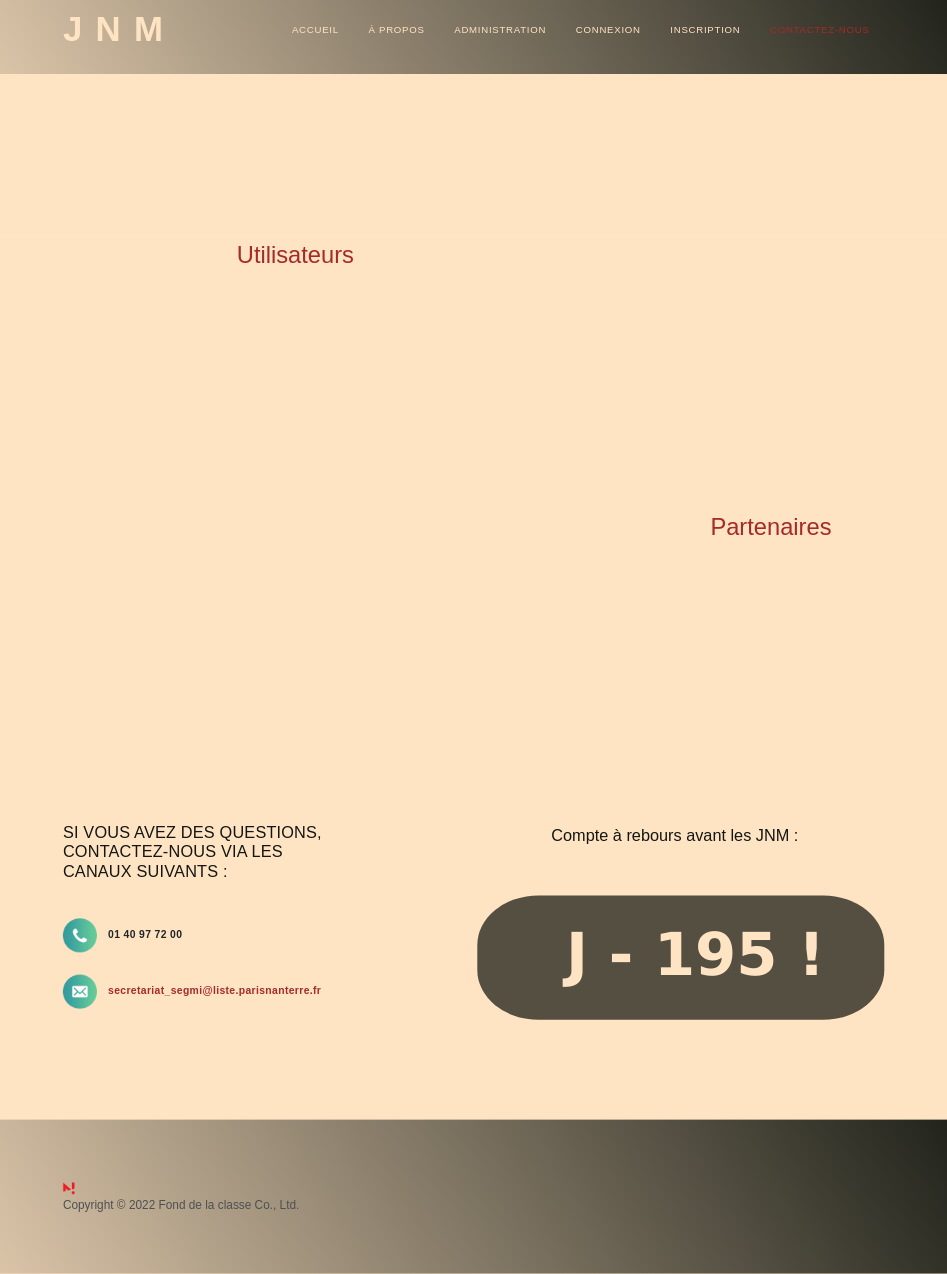
Repository: RiadNadri/ProjetWeb2022
Page: templates/Admin/admin.html.twig
These files come from the project's save history. The page is drawn as it stood at one moment and after the next save; the edit follows.
The browser window is 1280 px wide. The pictures show the whole page, at 74% of full size.
Some web fonts or font styles are not loaded; a fallback is used. The page is a Twig template of a Symfony application; nobody is signed in and links lead nowhere. The template is opened directly, without the code that normally fills it, so the values that code supplies are empty.

Above is the page before, as saved 2022-12-24 16:49:09.

After the next save:
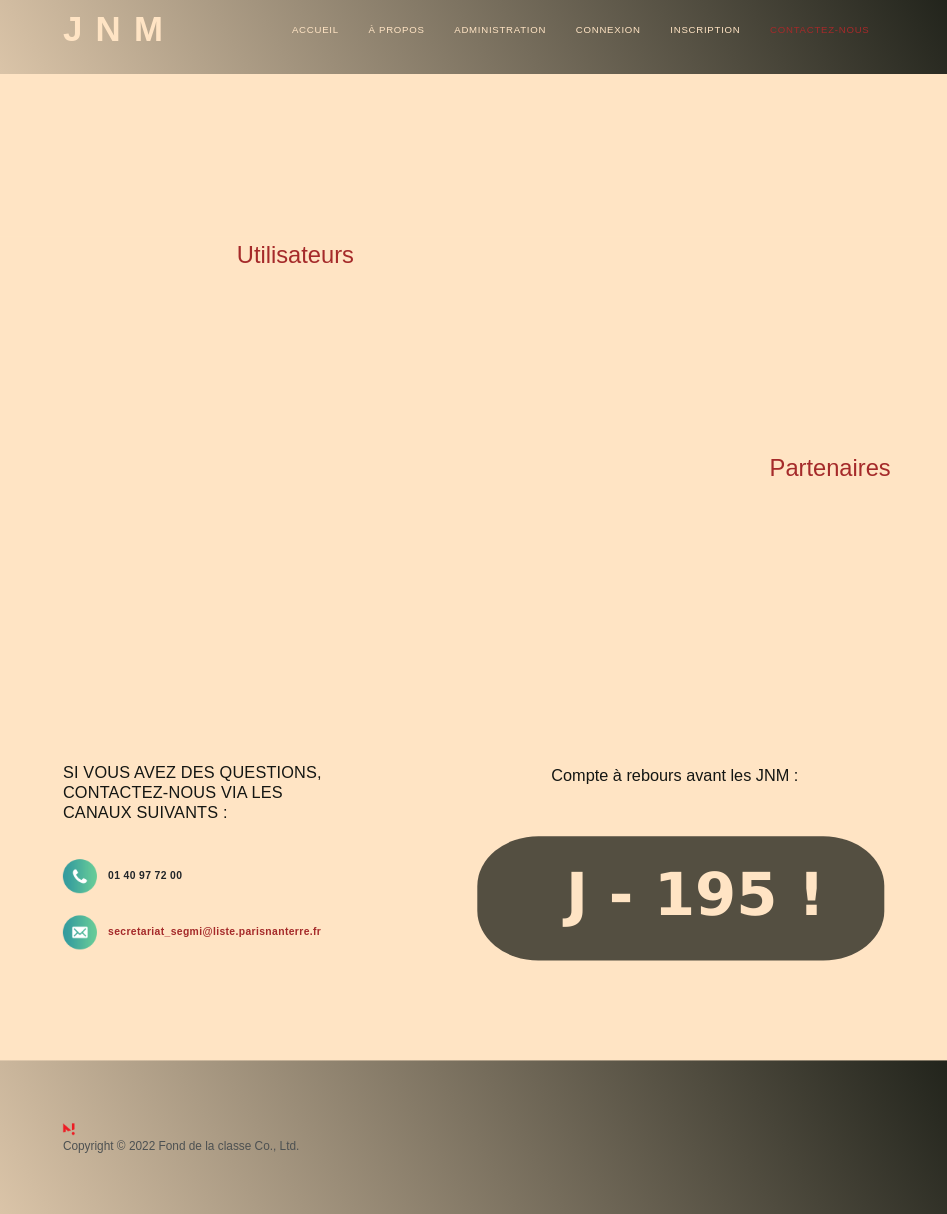
Saved 43 s later.
--- a/templates/Admin/admin.html.twig
+++ b/templates/Admin/admin.html.twig
@@ -22,9 +22,9 @@
 <div class="section">
     <div class="buttonUser" >
         <a href="{{path('app_user')}}">Utilisateurs</a>
-    </div>
-    <div class="buttonPartenaire">
-        <a href="{{path('app_user')}}">Partenaires</a>
+        <div class="buttonPartenaire">
+            <a href="{{path('app_user')}}">Partenaires</a>
+        </div>
     </div>
 </div>
 {% endblock %}
